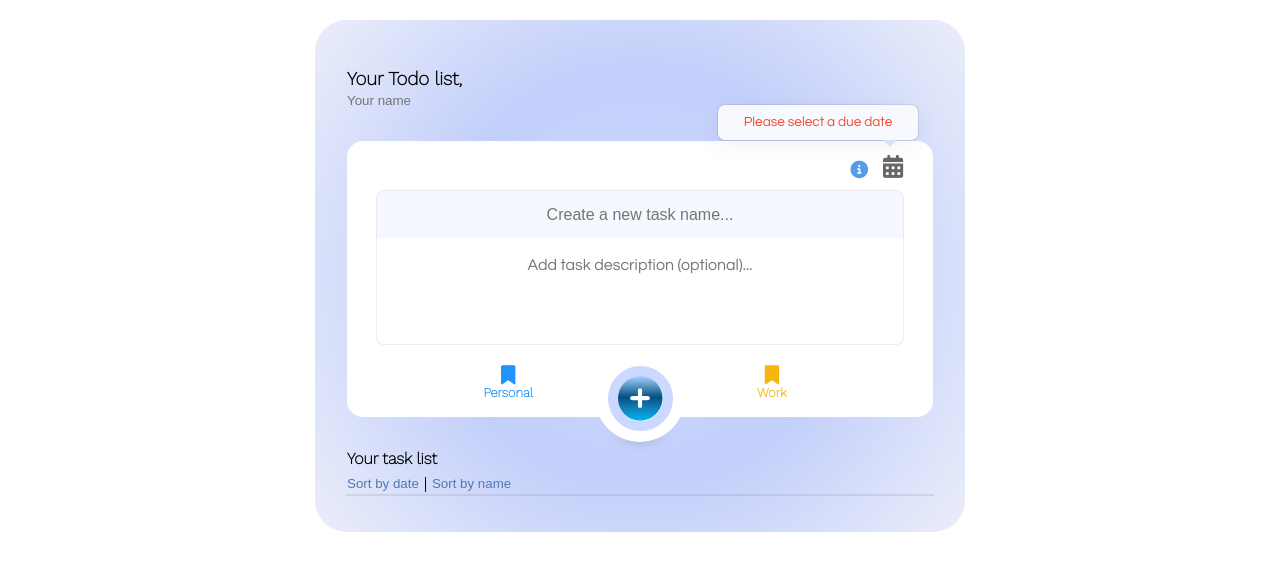
Repository: WesleyErasmus/Todo-App
Page: todoApp.html
These files come from the project's save history. The page is drawn as it stood at one moment and after the next save; the edit follows.
The browser window is 1280 px wide. The pictures show the whole page.
The pointer rests on the first visible `.datePicker-toggle`.
Some web libraries are served in a nearby version.

Above is the page before, as saved 2022-06-26 17:53:42.

After the next save:
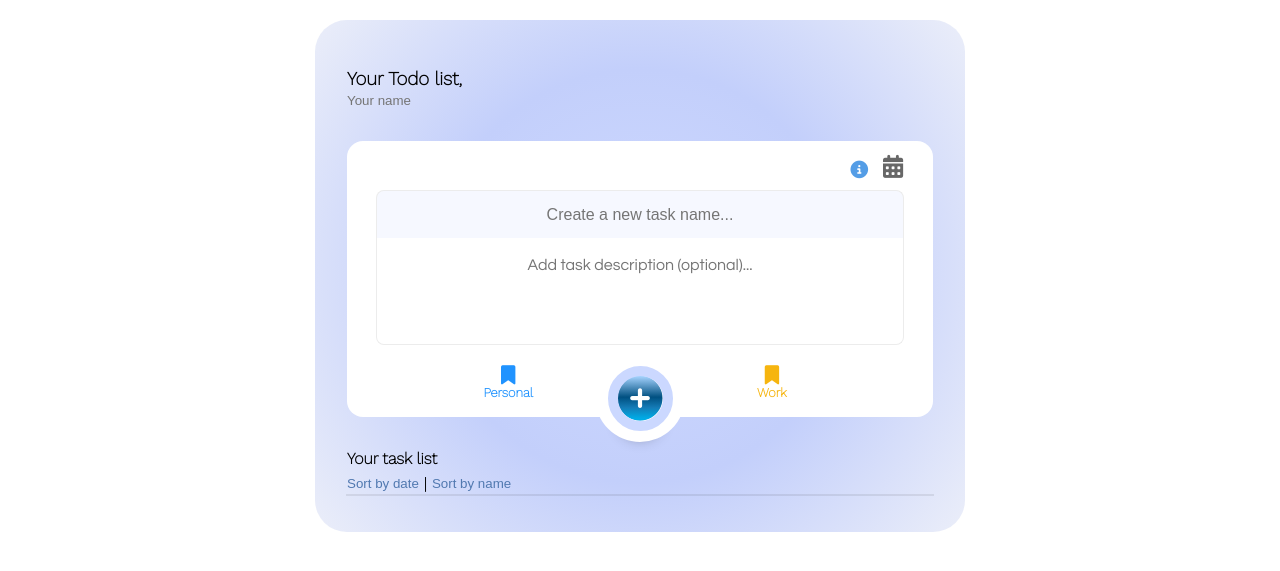
Saved 19 s later.
--- a/css/todoApp.css
+++ b/css/todoApp.css
@@ -223,7 +223,7 @@ header {
 .datePicker-toggle:active {
   transform: translateY(1px);
 }
-.datePicker-toggle:hover + .calendar-tooltip {
+.datePicker-toggle:hover + .calendar-info {
   visibility: visible;
   opacity: 1;
 }
